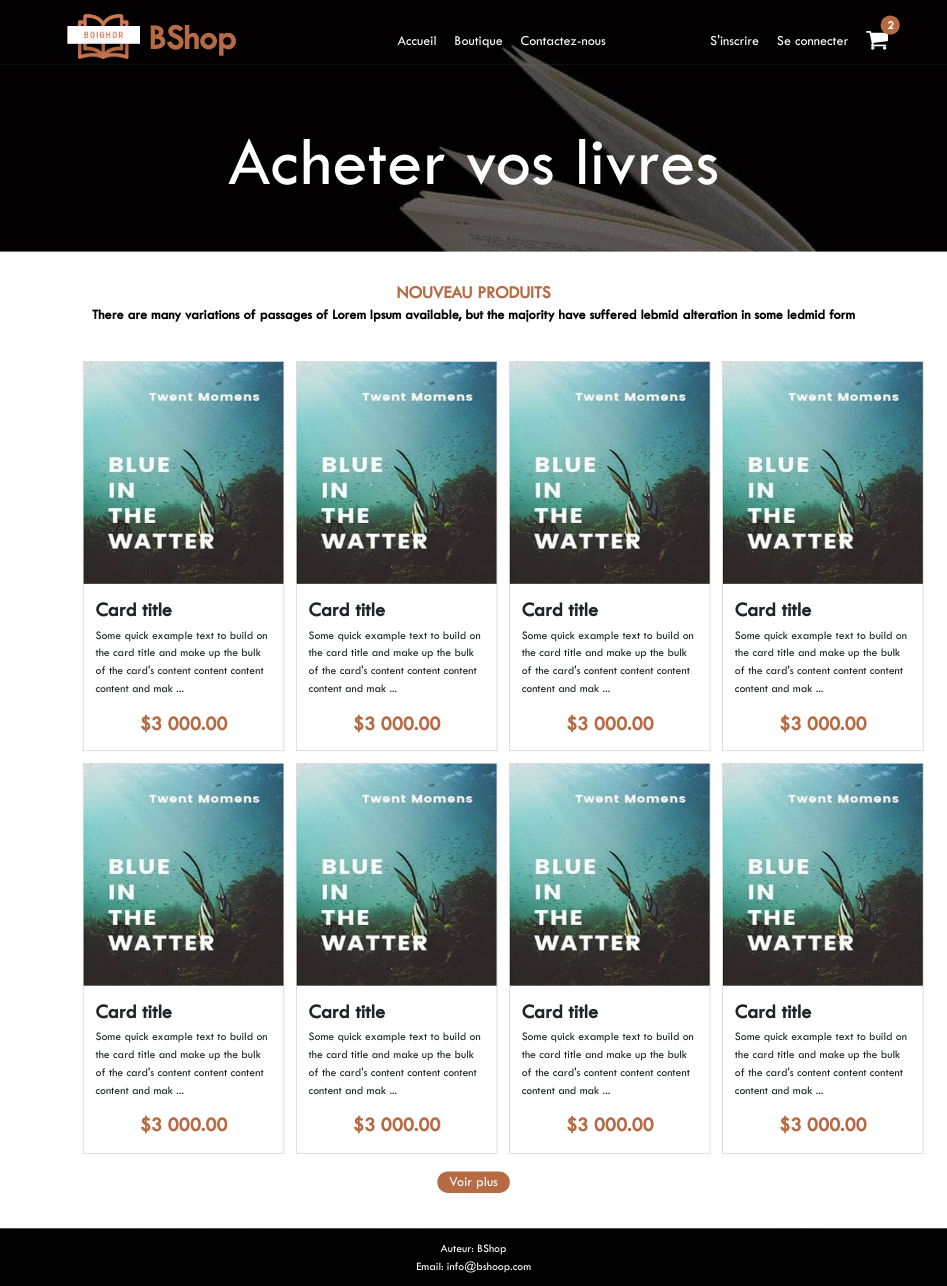
Repository: padevft/e-commerce-php
Page: http://localhost/
These files come from the project's save history. The page is drawn as it stood at one moment and after the next save; the edit follows.
The browser window is 1280 px wide. The pictures show the whole page, at 74% of full size.
The page is run by PHP 8.4 with error messages shown; the project is at /var/www/html/.

Above is the page before, as saved 2023-09-18 02:17:39.

After the next save:
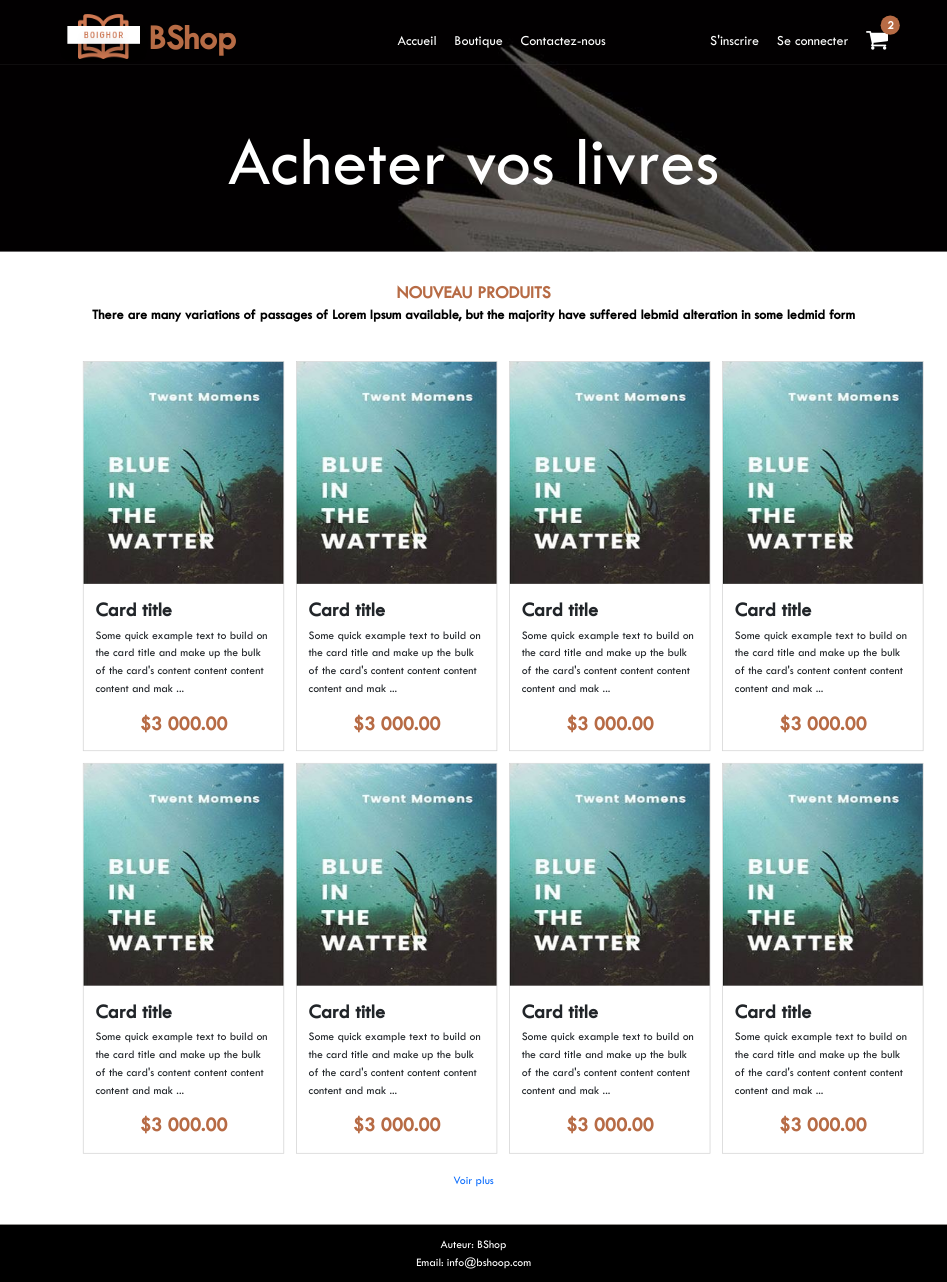
Saved 1 s later.
--- a/index.php
+++ b/index.php
@@ -43,7 +43,7 @@ require_once('server/includes/utilitaires.inc.php');
           </div>
         </div>
         <div class="d-flex align-items-center justify-content-center pt-4">
-          <a href="./index.php" class="plus-book px-3">Voir plus</a>
+          <a href="./index.php" class="view-plus px-3">Voir plus</a>
         </div>
       </div>
   </div>

After the save that followed:
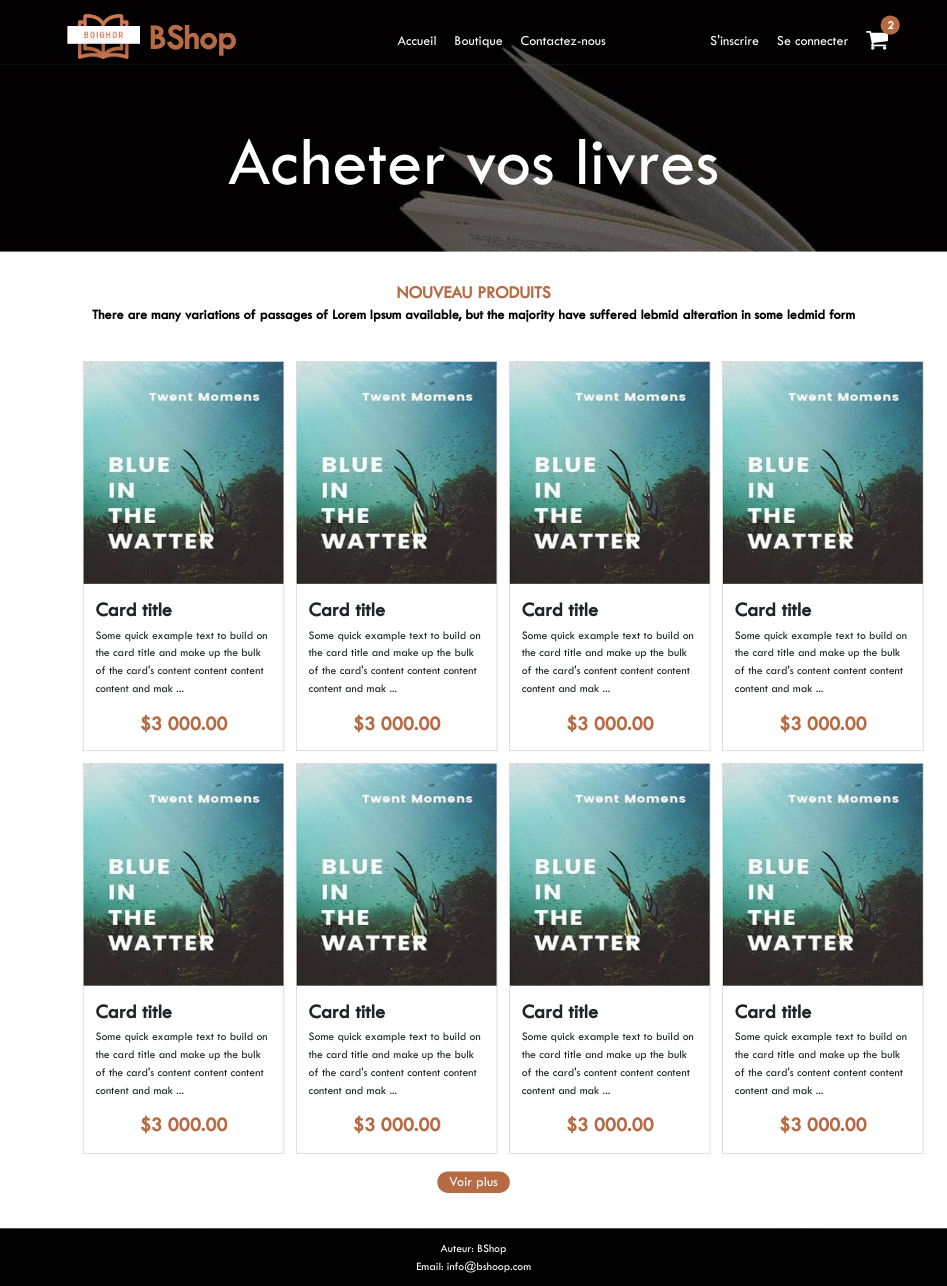
Saved 5 s later.
--- a/client/css/styles.css
+++ b/client/css/styles.css
@@ -269,12 +269,14 @@ Main
   color: var(--color-primary);
 }
 
-.plus-book{
+.view-plus{
   background-color: var(--color-primary);
   color: var(--color-white-1);
   font-size: 1.2rem;
   border-radius: 15px;
 }
+
+
 /*
 
 ****************************
